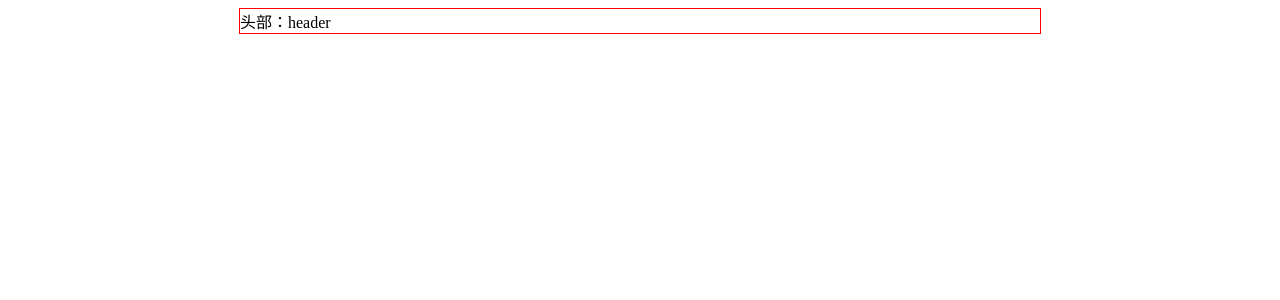
Repository: XiaoSheng-hub/vue_study
Page: html基础/Demo03.html
These files come from the project's save history. The page is drawn as it stood at one moment and after the next save; the edit follows.
The browser window is 1280 px wide. The pictures show the whole page.

Above is the page before, as saved 2022-03-29 01:04:30.

After the next save:
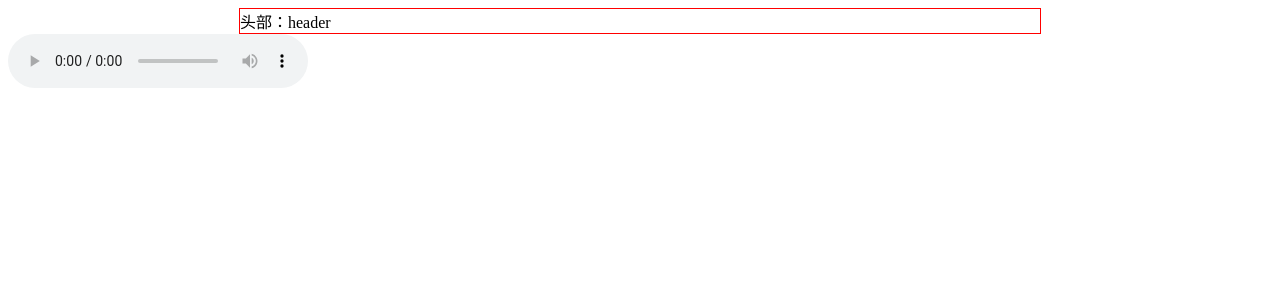
Saved 12 s later.
--- a/html基础/Demo03.html
+++ b/html基础/Demo03.html
@@ -17,7 +17,7 @@
 
 <body>
     <header>头部：header</header>
-    <audio src="../audio/陈粒 - 光.mp3" contr></audio>
+    <audio src="../audio/陈粒 - 光.mp3" controls=""></audio>
 </body>
 
 </html>
